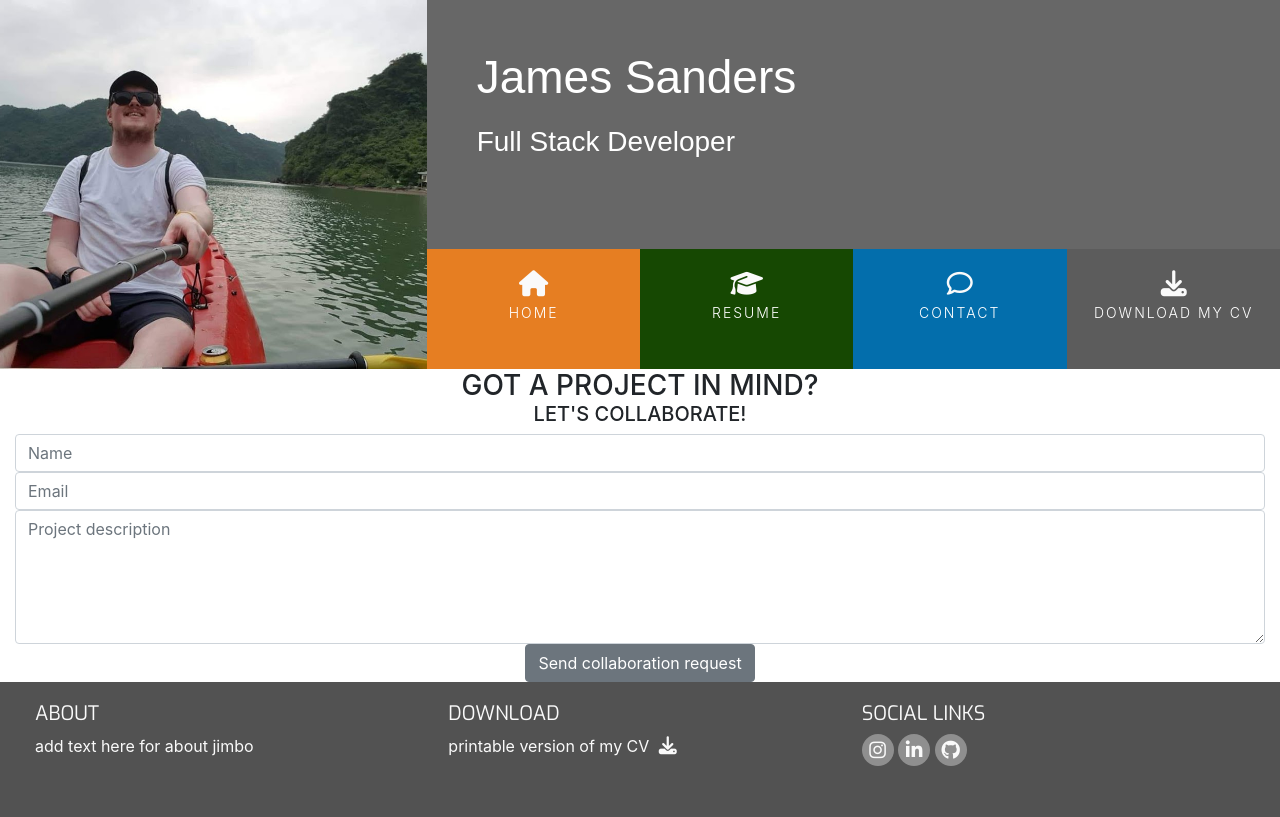
Repository: JaySanders95/my-online-resume
Page: contact.html
The author's editor kept a copy of each file at every save. The page is drawn from the files as they stood at one save, then again after the next save.
The browser window is 1280 px wide. The pictures show the whole page.
Some web fonts or font styles are not loaded; a fallback is used. Some web libraries are served in a nearby version.

Above is the page before, as saved 2023-05-05 13:59:16.

### contact.html
<!DOCTYPE html>
<html lang="en">
<head>
    <meta charset="UTF-8">
    <meta http-equiv="X-UA-Compatible" content="IE=edge">
    <meta name="viewport" content="width=device-width, initial-scale=1.0">
    <link rel="stylesheet" href="https://cdn.jsdelivr.net/npm/@fortawesome/fontawesome-free@6.2.1/css/fontawesome.min.css" integrity="sha384-QYIZto+st3yW+o8+5OHfT6S482Zsvz2WfOzpFSXMF9zqeLcFV0/wlZpMtyFcZALm" crossorigin="anonymous">
    <link rel="stylesheet" href="https://cdn.jsdelivr.net/npm/bootstrap@4.6.2/dist/css/bootstrap.min.css" integrity="sha384-xOolHFLEh07PJGoPkLv1IbcEPTNtaed2xpHsD9ESMhqIYd0nLMwNLD69Npy4HI+N" crossorigin="anonymous">
    <link rel="stylesheet" href="assets/css/style.css">
    <link rel="stylesheet" href="https://cdnjs.cloudflare.com/ajax/libs/hover.css/2.3.1/css/hover-min.css" integrity="sha512-csw0Ma4oXCAgd/d4nTcpoEoz4nYvvnk21a8VA2h2dzhPAvjbUIK6V3si7/g/HehwdunqqW18RwCJKpD7rL67Xg==" crossorigin="anonymous" referrerpolicy="no-referrer" />
    <title>James Sanders' Resume</title>
</head>
<body>
    <header>
        <div class="row no-gutters">
            <a href="index.html" class="col-md-4 logo">

            </a>
            <div class="col-md-8">
                <div class="row bg-color-name-title no-gutters">
                    <div class="col heading">
                        <h1 class="name">James Sanders</h1>
                        <h2 class="title">Full Stack Developer</h2>

                    </div>
                </div>
                <div class="row no-gutters">
                    <div class="col">
                        <ul id="nav" class="list-inline menucontainer">
                            <li class="col-6 col-sm-3 ui-menu-color-home list-inline-item menuitem">
                                <a href="#" class="hvr-bounce-to-bottom"><i class="fa fa-home" aria-hidden="true"></i><span>Home</span></a>
                            </li>
                            <li class="col-6 col-sm-3 ui-menu-color-resume list-inline-item menuitem">
                                <a href="#" class="hvr-bounce-to-bottom"><i class="fa fa-graduation-cap" aria-hidden="true"></i><span>Resume</span></a>
                            </li>
                            <li class="col-6 col-sm-3 ui-menu-color-contact list-inline-item menuitem">
                                <a href="#" class="hvr-bounce-to-bottom"><i class="fa fa-comment-o" aria-hidden="true"></i><span>Contact</span></a>
                            </li>
                            <li class="col-6 col-sm-3 ui-menu-color-download list-inline-item menuitem">
                                <a href="#" class="hvr-bounce-to-bottom"><i class="fa fa-download" aria-hidden="true"></i><span>Download my CV</span></a>
                            </li>
                        </ul>
                    </div>
                </div>
            </div>
        </div>
    </header>
    <section class="container-fluid">
        <div class="row bg-color-contact">
            <div class="col">
                <h3 class="contact-heading uppercase text-center">Got a project in mind?</h3>
                <h5 class="uppercase text-center">Let's collaborate!</h5>
                <div class="center-form">
                    <form>
                        <input type="text" name="name" id="fullname" class="form-control" placeholder="Name" required>
                        <input type="email" name="email" id="emailaddress " class="form-control" placeholder="Email" required>
                        <textarea name="projectsummary" id="projectsummary" rows="5" class="form-control" placeholder="Project description" required></textarea>
                        <div class="form-row text-center">
                            <div class="col">
                                <button type="submit" class="btn btn-secondary">Send collaboration request</button>
                            </div>
                        </div>
                    </form>
                </div>
            </div>
        </div>

    </section>
    <footer class="container-fluid">
        <div id="footer-details" class="row">
            <div class="col-sm-4">
                <h5 class="uppercase general-sub">About</h5>
                <p class="inline-block"> add text here for about jimbo</p>
            </div>
            <div class="col-sm-4">
                <h5 class="uppercase general-sub">Download</h5>
                <p class="inline-block"> printable version of my CV</p>
                <a href="#" target="_blank" class="cv-pdf">
                    <i class="fa fa-download" aria-hidden="true"></i>
                    <span class="sr-only">Download link.</span>
                </a>
            </div>
            <div class="col-sm-4">
                <h5 class="uppercase general-sub">Social links</h5>
                <ul class="list-inline social-links">
                    <li class="list-inline-item">
                        <a target="_blank" href="#">
                            <i class="fa fa-instagram"></i>
                            <span class="sr-only">Instagram</span>
                        </a>
                    </li>
                    <li class="list-inline-item">
                        <a target="_blank" href="#">
                            <i class="fa fa-linkedin"></i>
                            <span class="sr-only">LinkedIn</span>
                        </a>
                    </li>
                    <li class="list-inline-item">
                        <a target="_blank" href="#">
                            <i class="fa-brands fa-github"></i>
                            <span class="sr-only">GitHub</span>

                        </a>
                    </li>
                </ul>
            </div>
        </div>

    </footer>
    <script src="https://kit.fontawesome.com/c80cd6a143.js" crossorigin="anonymous"></script>
</body>
</html>

### assets/css/style.css
@import url('https://fonts.googleapis.com/css2?family=Anuphan:100,200,300,400,500,600,700wght@300&family=Exo:100,200,300,400,500,600,700ital,wght@1,300&display=swap');


/* ------- Colours ---------*/

.bg-color-name-title {
    background-color:#676767;
}

.bg-color-three-reasons {
    background-color: #fff;
}

.bg-color-personal-info {
    background-color:#f4f4f4;
}

.ui-menu-color-home {
    background-color: #e67e22;
}

.ui-menu-color-resume {
    background-color: #164802;
}

.ui-menu-color-contact {
    background-color: #036eac;
}

.ui-menu-color-download {
    background-color: #5c5c5c;
}

.bg-color-work-history {
    background-color: #164802;
}

.bg-color-contact {
    background-color: #fff;
}

/* ------- Special paddings/margins/text ---------*/

h1,h2,h3,h4 {
    margin: 0;
}

.uppercase {
    text-transform: uppercase;
}

.general-sub {
    font-family: 'Exo', sans-serif;
    font-weight: 300;
    color: #fafafa;
}

.inline-block {
    display: inline-block;
}

.row-table {
    display: table;

}
.section-column {
    display: table-cell;
    padding: 0 30px 30px;
    float: none;
}

.history-heading,
.section-heading {
    font-family: 'Exo', sans-serif;
    font-weight: 300;
    margin-top: 25px;
    margin-bottom: 40px;
}

/* ------- Headers ---------*/
header {
    margin: 0;
}

.heading {
    margin-left: 50px;
}

.logo {
    background: url(../images/me.png);
    background-position: center;
    background-repeat: no-repeat;
    background-size: cover;
    min-height: 360px;
    transition: all .5s ease-in-out;
    -moz-transition: all .5s ease-in-out;
    -webkit-transition: all .5s ease-in-out;
}

.name {
    font-family: 'Anuphan', sans-serif;
    font-weight: 100;
    font-size: 46px;
    margin-top: 50px;
    color: #fff;
}


.title {
    font-family: 'Anuphan', sans-serif;
    font-weight: 200;
    font-size: 28px;
    margin-top: 20px;
    margin-bottom: 90px;
    color: #fff;
}

.list-inline-item:not(:last-child) {
    margin: 0;
}

.menucontainer {
    font-size: 0;
}

#nav li {
    font-size: 14px;
    padding: 0;
}

#nav {
    margin: 0;
}

.menuitem {
    height: 120px;
    text-align: center;
    padding: 0;

}

.menuitem a {
    width: 100%;
    text-decoration: none;
    color: #fff;
    height: 120px;
}

.menuitem a i {
    display: block;
    padding-top: 22px;
    color: #fafafa;
    font-size: 26px;
}

.menuitem span {
    display: block;
    width: 100%;
    padding-top: 5px;
    text-align: center;
    text-transform: uppercase;
    font-size: 14px;
    font-weight: 300;
    letter-spacing: 2px;
}

/* ------- Hover.css ---------*/

.hvr-bounce-to-bottom:before {
    background: rgba(0, 0, 0, 0.3) !important;
    height: 120px;

}

/* ------- Footer ---------*/

footer {
    background-color: #525252;
    color: #fafafa;
    min-height: 120px;
}

.cv-pdf i {
    font-size: 18px;
    color: #fafafa;
    text-align: center;
    padding-left: 5px;
    transition: all 0.35s ease-in-out;
    -moz-transition: all 0.35s ease-in-out;
    -webkit-transition: all 0.35s ease-in-out;
    -o-transition: all 0.35s ease-in-out;
}

.cv-pdf i:hover {
    color: #e84610;
}

.social-links {
    padding-bottom: 15px;
}

.social-links li a i {
    width: 32px;
    height: 32px;
    padding: 7px 0;
    border-radius: 50%;
    font-size: 19px;
    text-align: center;
    color: #fafafa;
    background: #8f8f8f;
    transition: all 0.35s ease-in-out;
    -moz-transition: all 0.35s ease-in-out;
    -webkit-transition: all 0.35s ease-in-out;
    -o-transition: all 0.35s ease-in-out;
}

.social-links li a i:hover {
    background-color: #e84610;
}

#footer-details {
    padding: 20px;
}

/* ------- 3 Reasons ---------*/

.three-reasons-icon {
    font-size: 26px;
    color: #e67e22;
}

.three-reasons-heading {
    margin-bottom: 15px;
}

/* ------- Personal Info ---------*/

.personal-info-item {
    margin-bottom: 20px;
    display: block;
    clear: both;
}

.personal-info-item .key,
.personal-info-item .value {
    padding: 8px;
    display: inline-block;

}

.personal-info-item .key p,
.personal-info-item .value p {
    margin: 0;
}

.personal-info-item .key {
    width: 30%;
    margin-right: 21px;
    padding-top: 2px;
    vertical-align: top;
}

.personal-info-item .key p {
    font-weight: 700;


}

.personal-info-item .value {
    position: relative;
    width: 60%;

}

/* ------- Skills ---------*/

.progress {
    line-height: normal;
    position: relative;
    height: 25px;
    margin-bottom: 4px;
}

.progress-type {
    position: absolute;
    left: 0px;
    font-weight: 400;
    padding: 3px 30px 2px 10px;
    color: #fafafa;
    background-color: rgba(25, 25, 25, 0.2);
    height: inherit;
}

.progress-section {
    margin: 40px 20px;
}

/* -------- Work History ----- */

.history-heading {
    color: #fafafa;
    margin-bottom: 50px;
}

.timeline-item {
    padding: 4em 2em 0em 2em;
    position: relative;
    color: #fafafa;
    border-left: 1px solid;
}

.timeline-item p {
    padding: 0;
    margin: 0;
}

.timeline-item:before {
    content: attr(data-dates);
    position: absolute;
    left: 2.5em;
    top: 3em;
    display: block;
    font-family: 'Exo', sans-serif;
    font-weight: 500;
    font-size: 0.8em;
    padding: 0;
    margin: 0;
}

.timeline-item:after {
    width: 12px;
    height: 12px;
    display: block;
    top: 2.4em;
    position: absolute;
    left: -6px;
    border-radius: 12px;
    content: '';
    background: #fafafa;
}

.history-items {
    margin-bottom: 30px;
}






/*
font-family: 'Anuphan', sans-serif;
font-family: 'Exo', sans-serif;
*/

After the next save:
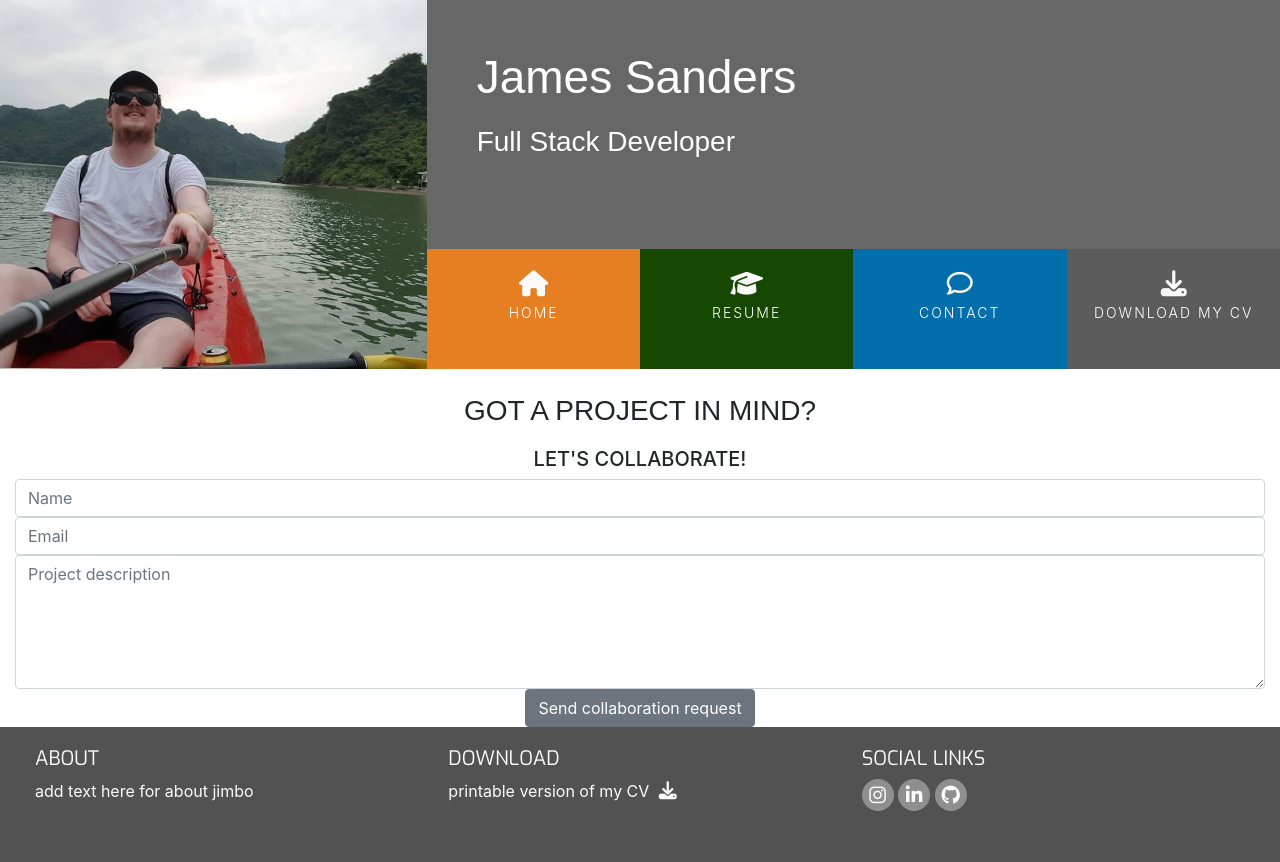
Saved 114 s later.
--- a/assets/css/style.css
+++ b/assets/css/style.css
@@ -344,7 +344,13 @@ footer {
 }
 
 
-
+/* -------- Content form ----- */
+.contact-heading {
+    font-family: 'Anuphan', sans-serif;
+    font-weight: 300;
+    margin-top: 25px;
+    margin-bottom: 20px;
+}
 
 
 
